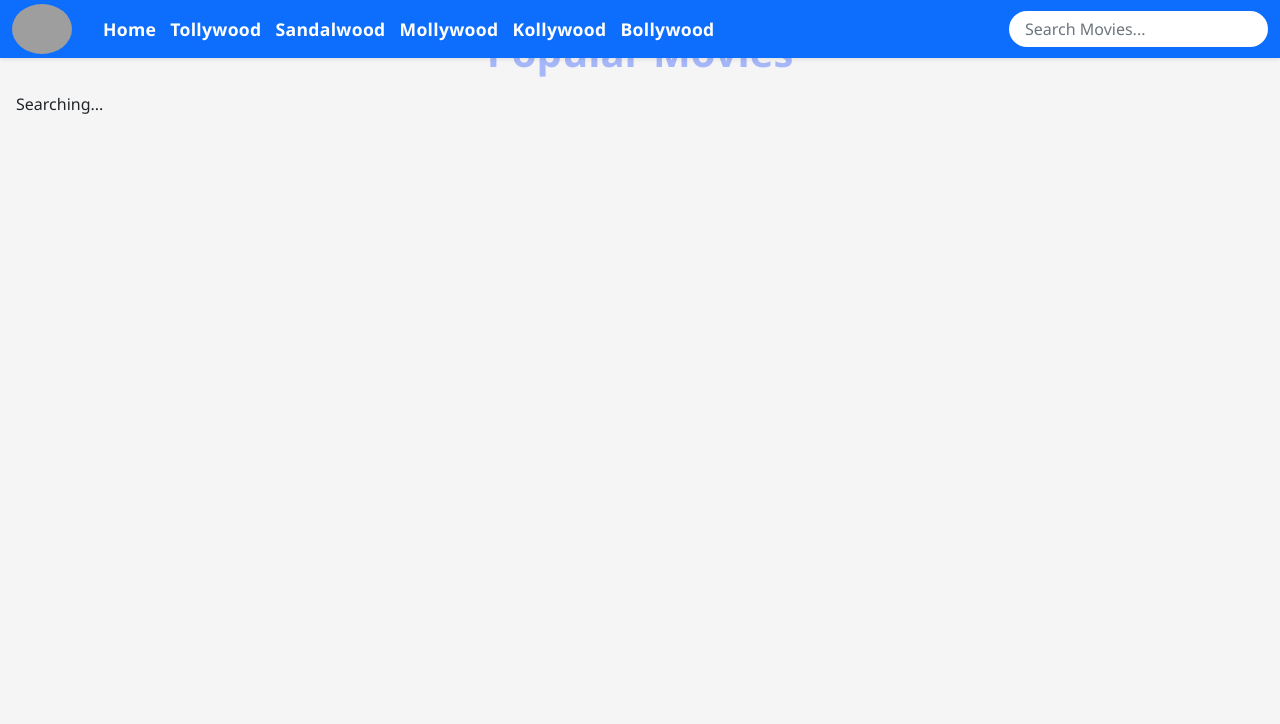
Repository: chandu7777158/Movies_spot
Page: /
These files come from the project's save history. The page is drawn as it stood at one moment and after the next save; the edit follows.
The browser window is 1280 px wide. The pictures show the whole page.
Pictures or frames that could not be fetched are drawn as grey boxes. The page's requests for data from a server got no answer. The project was rebuilt for these pictures with package versions that can differ from the ones it lists, and the page was loaded fresh each time. No one was signed in, and anything a server would have sent is missing. Also part of the build but not shown: vite.config.js, src/components/MovieCard.jsx.

Above is the page before, as saved 2026-01-28 14:18:55.

After the next save:
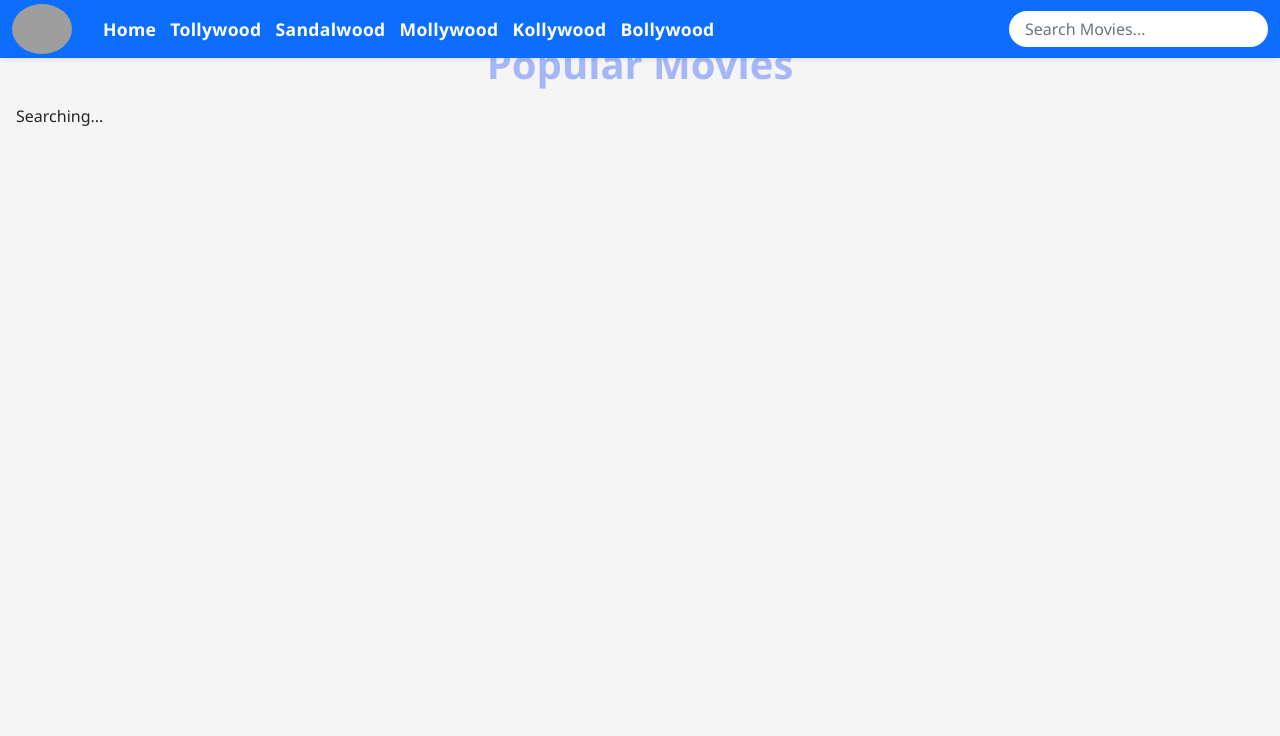
Saved 6 s later.
--- a/src/App.jsx
+++ b/src/App.jsx
@@ -7,7 +7,7 @@ function App() {
   return (
     <Router>
       <Navbar />
-      <main className="mt-1 pt-4">
+      <main className="mt-3 pt-4">
         <Routes>
           <Route path="/" element={<MoviePage category="popular" />} />
           <Route path="/tollywood" element={<MoviePage category="tollywood" />} />
